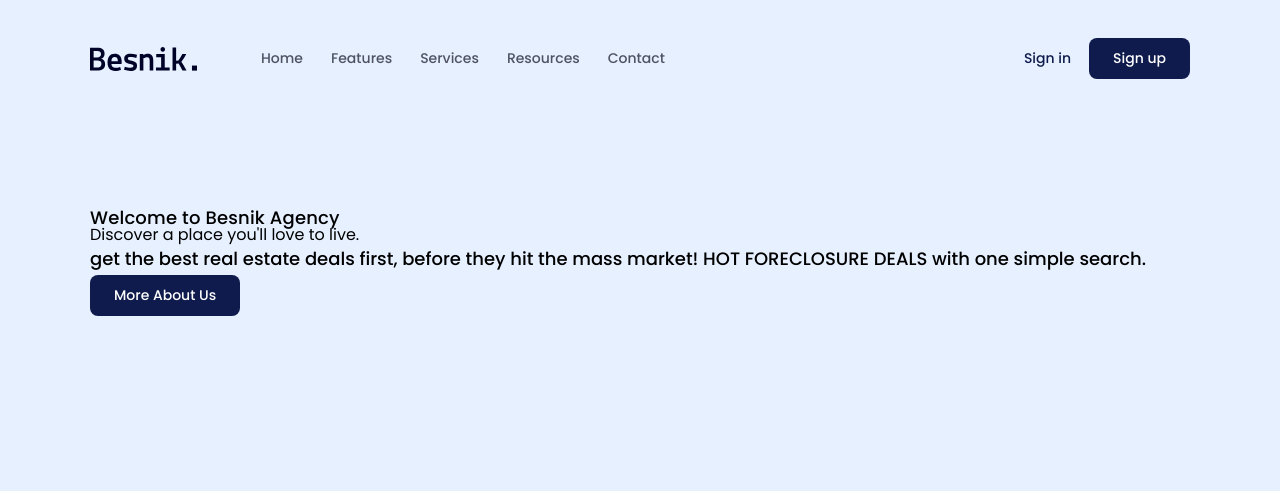
Repository: ducvui2003/f8-project-01
Page: index.html
These files come from the project's save history. The page is drawn as it stood at one moment and after the next save; the edit follows.
The browser window is 1280 px wide. The pictures show the whole page.

Above is the page before, as saved 2023-06-16 19:38:04.

After the next save:
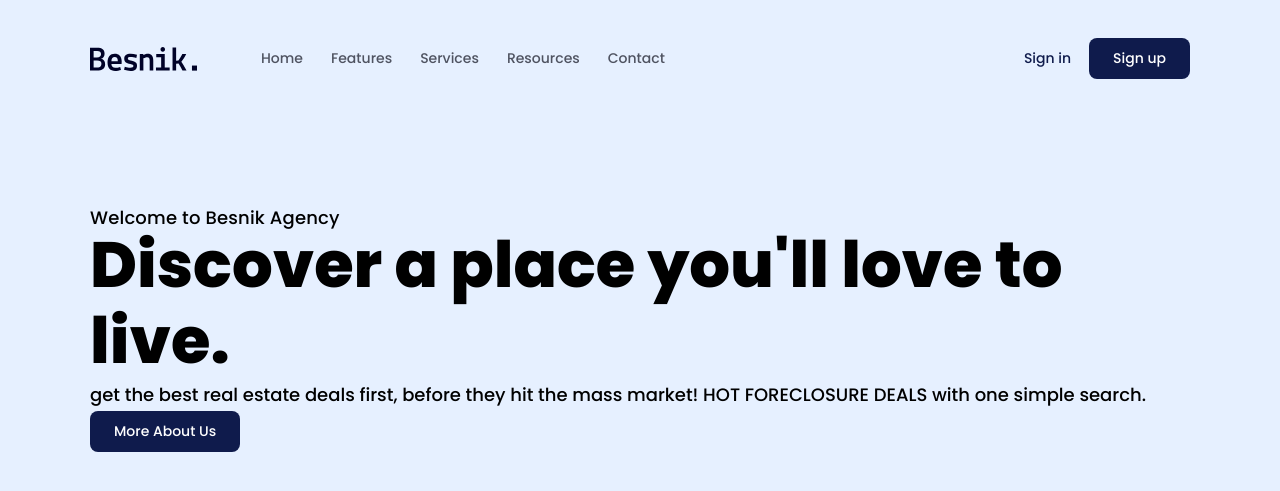
Saved 15 s later.
--- a/asset/css/styles.css
+++ b/asset/css/styles.css
@@ -91,6 +91,10 @@
   letter-spacing: 0.01em;
 }
 .hero .title {
+  font-style: normal;
+  font-weight: 700;
+  font-size: 64px;
+  line-height: 76px;
 }
 .hero .desc {
   line-height: 3.2rem;
